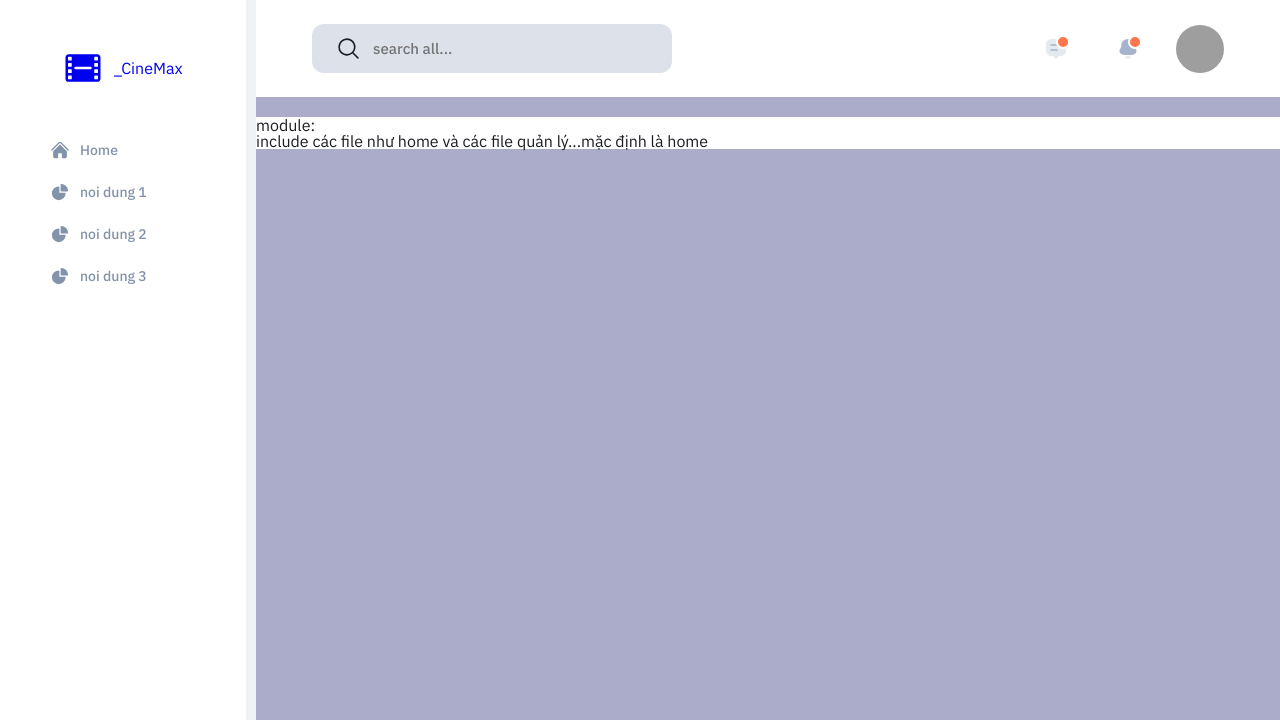
Repository: tdthinhtran961/DoAnCineMax
Page: http://localhost/admin/index.php
An editor plug-in stored every save of this project. The page is shown before and after a run of saves, followed by the edit.
The browser window is 1280 px wide. The pictures show the whole page.
Pictures or frames that could not be fetched are drawn as grey boxes. The page is run by PHP 8.4 with error messages shown; the project is at /var/www/html/.

Above is the page before, as saved 2023-05-25 23:51:42.

After the next 3 saves:
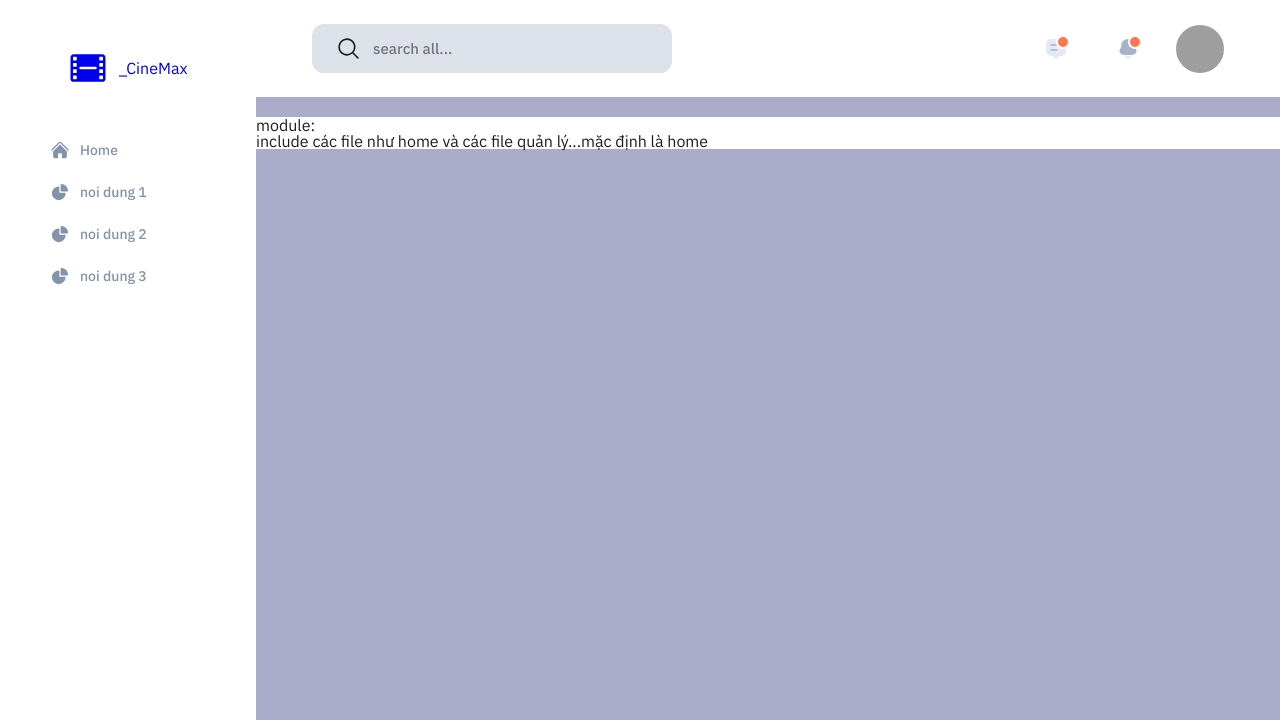
The 3 saves are shown as one change because they came seconds apart.
The last was saved 28 s later.
--- a/admin/index.css
+++ b/admin/index.css
@@ -61,7 +61,7 @@ body {
 .sidebar {
   background-color: white;
   padding: 48px 30px;
-  border-right: 10px solid #F0F3F6;
+  mr
 }
 .logo {
   display: flex;
